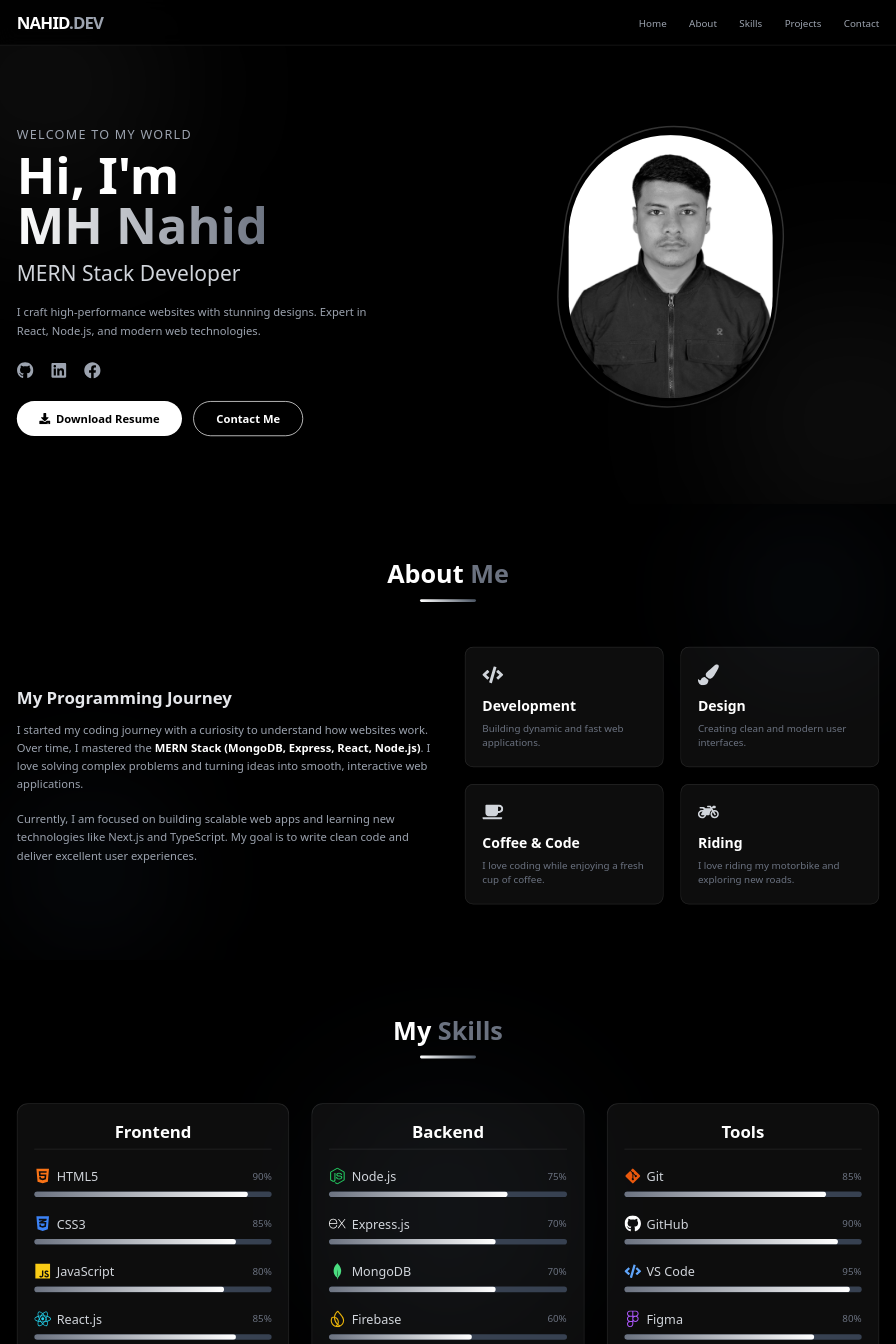
Repository: nahid-hasann/portfolio
Page: /
An editor plug-in stored every save of this project. The page is shown before and after the next save, followed by the edit.
The browser window is 1280 px wide. The pictures show the part of the page from y = 0 to 1920 px (the page is 3620 px tall), at 70% of full size.
The project was rebuilt for these pictures with package versions that can differ from the ones it lists, and the page was loaded fresh each time. Some packages were replaced by stand-ins written for this rebuild. Also part of the build but not shown: vite.config.js, src/pages/ProjectDetails.jsx.

Above is the page before, as saved 2026-01-06 00:01:00.

### index.html
<!doctype html>
<html data-theme="light" lang="en">
  <head>
    <meta charset="UTF-8" />
    <link rel="icon" type="image/svg+xml" href="/public/favicon3.png" />
    <meta name="viewport" content="width=device-width, initial-scale=1.0" />
    <title>my-portfolio</title>
  </head>
  <body>
    <div id="root"></div>
    <script type="module" src="/src/main.jsx"></script>
  </body>
</html>

### src/main.jsx
import { StrictMode } from 'react'
import { createRoot } from 'react-dom/client'
import './index.css'
import App from './App.jsx'
import {
  createBrowserRouter,
  RouterProvider,
} from "react-router-dom";
import Home from './pages/Home.jsx';
import ProjectDetails from './pages/ProjectDetails.jsx';

const router = createBrowserRouter([
  {
    path: "/",
    element: <App />,
    children: [
      {
        path: "/",
        element: <Home></Home>,
      },
      {
        path: "/about",
        element: <div className="text-center mt-10 text-2xl">ℹ️ This is About Section</div>,
      },
      {
        path: "/projects",
        element: <div className="text-center mt-10 text-2xl">🚀 This is Projects Section</div>,
      },
      {
        path: "/contact",
        element: <div className="text-center mt-10 text-2xl">📞 This is Contact Section</div>,
      },
      {
        path: "/skills",
        element: <div className="text-center mt-10 text-2xl" >this is skill </div>
      },
      {

        path: "/project/:id",
        element: <ProjectDetails />,

      }
    ]
  },
]);

createRoot(document.getElementById('root')).render(
  <StrictMode>
    <RouterProvider router={router} />
  </StrictMode>,
)

### src/index.css
@tailwind base;
@tailwind components;
@tailwind utilities;

html {
    scroll-behavior: smooth;
    background-color: #000000;

    color: #ffffff;
}


::-webkit-scrollbar {
    width: 8px;
}

::-webkit-scrollbar-track {
    background: #1a1a1a;
}

::-webkit-scrollbar-thumb {
    background: #444;
    border-radius: 4px;
}

::-webkit-scrollbar-thumb:hover {
    background: #fff;
}

### src/App.jsx
import React from 'react';
import { Outlet } from 'react-router-dom';
import Navbar from './components/Navbar';
import Footer from './components/Footer';

function App() {
  return (
    // ১. overflow-x-hidden এবং min-h-screen যোগ করা হলো
    <div className="bg-black text-white min-h-screen flex flex-col overflow-x-hidden">

      <Navbar />

      <div className="w-full flex-grow">
        <Outlet />
      </div>

      <Footer />
    </div>
  );
}

export default App;

### src/pages/Home.jsx
import React from 'react';
import Hero from '../components/Hero';
import About from '../components/About';
import Skills from '../components/Skills';
// import ProjectDetails from './ProjectDetails';
import Projects from '../components/Projects';
import Contact from '../components/Contact';


const Home = () => {
    return (
        <div className="bg-black min-h-screen">
            <Hero />
            <About></About>
            <Skills></Skills>
            <Projects></Projects>
            <Contact></Contact>
        </div>
    );
};

export default Home;

### src/components/Navbar.jsx
import React, { useState } from 'react';
import { useLocation } from 'react-router-dom';
import { motion, AnimatePresence } from 'framer-motion';
import { FaBars, FaTimes } from 'react-icons/fa';
import { HashLink } from 'react-router-hash-link';

const Navbar = () => {
    const [isOpen, setIsOpen] = useState(false);
    const location = useLocation();

    const navLinks = [
        { name: 'Home', path: '/#home' },
        { name: 'About', path: '/#about' },
        { name: 'Skills', path: '/#skills' },
        { name: 'Projects', path: '/#projects' },
        { name: 'Contact', path: '/#contact' },
    ];

    // 🔥 নতুন: এই ফাংশনটি ন্যাপবারের উচ্চতা অনুযায়ী একটু উপরে থামাবে
    const scrollWithOffset = (el) => {
        const yCoordinate = el.getBoundingClientRect().top + window.scrollY;
        const yOffset = -80; // ন্যাপবারের হাইট অনুযায়ী অ্যাডজাস্টমেন্ট
        window.scrollTo({ top: yCoordinate + yOffset, behavior: 'smooth' });
    }

    return (
        <nav className="fixed top-0 left-0 right-0 z-50 bg-black/80 backdrop-blur-md border-b border-white/10">
            <div className="container mx-auto px-6 py-4 flex justify-between items-center">

                {/* Logo Area */}
                <motion.div
                    initial={{ opacity: 0, x: -20 }}
                    animate={{ opacity: 1, x: 0 }}
                    transition={{ duration: 0.5 }}
                >
                    <HashLink
                        smooth
                        to="/#home"
                        scroll={el => scrollWithOffset(el)} // অফসেট যোগ করা হলো
                        className="text-2xl font-bold tracking-tighter text-white"
                    >
                        NAHID<span className="text-gray-400">.DEV</span>
                    </HashLink>
                </motion.div>

                {/* Desktop Menu */}
                <div className="hidden md:flex space-x-8">
                    {navLinks.map((link, index) => (
                        <motion.div
                            key={index}
                            initial={{ opacity: 0, y: -10 }}
                            animate={{ opacity: 1, y: 0 }}
                            transition={{ delay: 0.1 * index, duration: 0.5 }}
                        >
                            <HashLink
                                smooth
                                to={link.path}
                                scroll={el => scrollWithOffset(el)} // 🔥 এখানেও অফসেট যোগ করা হলো
                                className="text-sm font-medium text-gray-400 hover:text-white transition-colors duration-300 relative group"
                            >
                                {link.name}
                                <span className="absolute left-0 bottom-[-5px] w-0 h-[2px] bg-white transition-all duration-300 group-hover:w-full"></span>
                            </HashLink>
                        </motion.div>
                    ))}
                </div>

                {/* Mobile Menu Button */}
                <div className="md:hidden">
                    <button onClick={() => setIsOpen(!isOpen)} className="text-white focus:outline-none text-2xl">
                        {isOpen ? <FaTimes /> : <FaBars />}
                    </button>
                </div>
            </div>

            {/* Mobile Dropdown Menu */}
            <AnimatePresence>
                {isOpen && (
                    <motion.div
                        initial={{ opacity: 0, height: 0 }}
                        animate={{ opacity: 1, height: 'auto' }}
                        exit={{ opacity: 0, height: 0 }}
                        className="md:hidden bg-black border-b border-white/10 overflow-hidden"
                    >
                        <div className="flex flex-col items-center py-6 space-y-4">
                            {navLinks.map((link) => (
                                <HashLink
                                    key={link.name}
                                    smooth
                                    to={link.path}
                                    scroll={el => scrollWithOffset(el)} // 🔥 মোবাইলেও অফসেট যোগ করা হলো
                                    onClick={() => setIsOpen(false)}
                                    className="text-lg font-medium text-gray-400 hover:text-white"
                                >
                                    {link.name}
                                </HashLink>
                            ))}
                        </div>
                    </motion.div>
                )}
            </AnimatePresence>
        </nav>
    );
};

export default Navbar;

### src/components/Footer.jsx
import React from 'react';
import { FaGithub, FaLinkedin, FaFacebook } from "react-icons/fa";

const Footer = () => {
    return (
        <footer className="bg-black text-gray-400 py-8 border-t border-white/10">
            <div className="container mx-auto px-6 flex flex-col md:flex-row justify-between items-center">

                <div className="mb-4 md:mb-0">
                    <p className="text-sm">
                        &copy; {new Date().getFullYear()} <span className="text-white font-bold">MH Nahid</span>. All rights reserved.
                    </p>
                </div>

                <div className="flex gap-6">
                    <a href="https://github.com/nahid-hasann" className="hover:text-white transition text-xl"><FaGithub /></a>
                    <a href="https://www.linkedin.com/in/mh-nahid-webdev/" className="hover:text-white transition text-xl"><FaLinkedin /></a>
                    <a href="https://www.facebook.com/mh.na.hi.d.554448/" className="hover:text-white transition text-xl"><FaFacebook /></a>
                </div>
            </div>
        </footer>
    );
};

export default Footer;

### src/components/Hero.jsx
import React from 'react';
import { motion } from 'framer-motion';
import { FaGithub, FaLinkedin, FaFacebook, FaDownload } from "react-icons/fa";
// ১. HashLink ইমপোর্ট করো
import { HashLink } from 'react-router-hash-link';

const Hero = () => {

    const fadeUp = {
        hidden: { opacity: 0, y: 30 },
        visible: { opacity: 1, y: 0, transition: { duration: 0.8 } }
    };

    return (
        <section id='home' className="min-h-screen bg-black text-white flex items-center justify-center pt-20 overflow-hidden relative">

            <div className="absolute top-[-10%] left-[-10%] w-96 h-96 bg-white/5 rounded-full blur-[100px]" />
            <div className="absolute bottom-[-10%] right-[-10%] w-96 h-96 bg-white/5 rounded-full blur-[100px]" />

            <div className="container mx-auto px-6 grid md:grid-cols-2 gap-10 items-center relative z-10">

                {/* Left Side: Text Content */}
                <motion.div
                    initial="hidden"
                    animate="visible"
                    variants={{
                        visible: { transition: { staggerChildren: 0.2 } }
                    }}
                    className="text-center md:text-left"
                >
                    <motion.p variants={fadeUp} className="text-gray-400 text-lg mb-2 tracking-widest uppercase">
                        Welcome to my world
                    </motion.p>

                    <motion.h1 variants={fadeUp} className="text-5xl md:text-7xl font-bold mb-4 leading-tight">
                        Hi, I'm <br />
                        <span className="text-transparent bg-clip-text bg-gradient-to-r from-white to-gray-500">
                            MH Nahid
                        </span>
                    </motion.h1>

                    <motion.h2 variants={fadeUp} className="text-2xl md:text-3xl font-light text-gray-300 mb-6">
                        MERN Stack Developer
                    </motion.h2>

                    <motion.p variants={fadeUp} className="text-gray-400 max-w-lg mx-auto md:mx-0 mb-8 leading-relaxed">
                        I craft high-performance websites with stunning designs. Expert in React, Node.js, and modern web technologies.
                    </motion.p>

                    <motion.div variants={fadeUp} className="flex gap-6 justify-center md:justify-start mb-8">
                        {[
                            { icon: <FaGithub />, link: "https://github.com/nahid-hasann" },
                            { icon: <FaLinkedin />, link: "https://www.linkedin.com/in/mh-nahid-webdev/" },
                            { icon: <FaFacebook />, link: "https://www.facebook.com/mh.na.hi.d.554448/" }
                        ].map((social, index) => (
                            <a
                                key={index}
                                href={social.link}
                                target="_blank"
                                className="text-2xl text-gray-400 hover:text-white hover:scale-110 transition-transform duration-300"
                            >
                                {social.icon}
                            </a>
                        ))}
                    </motion.div>


                    <motion.div variants={fadeUp} className="flex flex-col sm:flex-row gap-4 justify-center md:justify-start">
                        <a
                            href="/resume.pdf"
                            download
                            className="px-8 py-3 bg-white text-black font-bold rounded-full hover:bg-gray-200 transition duration-300 flex items-center justify-center gap-2"
                        >
                            <FaDownload /> Download Resume
                        </a>
                        {/* ২. এখানে HashLink ব্যবহার করা হলো যাতে পেজ রিফ্রেশ না হয় */}
                        <HashLink
                            smooth
                            to="/#contact"
                            className="px-8 py-3 border border-white text-white font-bold rounded-full hover:bg-white/10 transition duration-300"
                        >
                            Contact Me
                        </HashLink>
                    </motion.div>
                </motion.div>


                <motion.div
                    initial={{ opacity: 0, scale: 0.8 }}
                    animate={{ opacity: 1, scale: 1 }}
                    transition={{ duration: 0.8 }}
                    className="flex justify-center"
                >
                    {/* ৩. ছবির সাইজ w-80 থেকে w-full max-w-[300px] করা হলো */}
                    <motion.div
                        animate={{ y: [0, -20, 0] }}
                        transition={{ duration: 4, repeat: Infinity, ease: "easeInOut" }}
                        className="relative w-full max-w-[300px] aspect-square md:w-96 md:h-96 mx-auto"
                    >

                        <div className="absolute inset-0 border-2 border-white/20 rounded-full transform rotate-6 scale-105" />

                        <img
                            src="/193213-.jpg"
                            alt="Nahid Profile"
                            className="w-full object-top h-full object-cover rounded-full shadow-2xl border-4 border-black grayscale hover:grayscale-0 transition duration-500"
                        />
                    </motion.div>
                </motion.div>
            </div>
        </section>
    );
};

export default Hero;

### src/components/Projects.jsx
import React from 'react';
import { motion } from 'framer-motion';
import { Link } from 'react-router-dom';
import { FaArrowRight } from "react-icons/fa";
// আমাদের তৈরি করা ডাটা ইমপোর্ট করছি
// import { Projects } from '../data/projects';
// import { projects } from '../data/project';
// import { projects } from '../data/project';
// import { projects } from '../data/projects';
import { projects } from '../data/projects';

const Projects = () => {
    return (
        <section id="projects" className="py-20 bg-black text-white">
            <div className="container mx-auto px-6">
                {/* Title */}
                <motion.div
                    initial={{ opacity: 0, y: 20 }}
                    whileInView={{ opacity: 1, y: 0 }}
                    transition={{ duration: 0.6 }}
                    className="text-center mb-16"
                >
                    <h2 className="text-4xl font-bold mb-4">Latest <span className="text-gray-500">Projects</span></h2>
                    <div className="w-20 h-1 bg-gradient-to-r from-white to-gray-600 mx-auto rounded-full"></div>
                </motion.div>

                {/* Projects Grid */}
                <div className="grid md:grid-cols-3 gap-8">
                    {projects.map((project, index) => (
                        <motion.div
                            key={project.id}
                            initial={{ opacity: 0, y: 30 }}
                            whileInView={{ opacity: 1, y: 0 }}
                            transition={{ delay: index * 0.2, duration: 0.8 }}
                            whileHover={{ y: -10 }} // কার্ড হোভার করলে একটু উপরে উঠবে
                            className="group bg-white/5 rounded-xl overflow-hidden border border-white/10 hover:border-white/30 transition-all"
                        >
                            {/* Project Image */}
                            <div className="relative overflow-hidden h-48">
                                <img
                                    src={project.image}
                                    alt={project.title}
                                    className="w-full h-full object-cover transform group-hover:scale-110 transition duration-500"
                                />
                            </div>

                            {/* Content */}
                            <div className="p-6">
                                <h3 className="text-2xl font-bold mb-2 group-hover:text-gray-300 transition">{project.title}</h3>
                                <p className="text-gray-400 text-sm mb-4 line-clamp-3">
                                    {project.description}
                                </p>

                                {/* View Details Button */}
                                <Link
                                    to={`/project/${project.id}`}
                                    className="inline-flex items-center gap-2 text-white font-semibold hover:text-gray-300 transition"
                                >
                                    View Details <FaArrowRight className="text-sm" />
                                </Link>
                            </div>
                        </motion.div>
                    ))}
                </div>
            </div>
        </section>
    );
};

export default Projects;

Loaded but not shown: src/data/projects.js (36 lines, source omitted); tailwind.config.js (13 lines, source omitted); src/components/Contact.jsx (178 lines, source omitted); src/components/Skills.jsx (102 lines, source omitted); src/components/About.jsx (88 lines, source omitted)

After the next save:
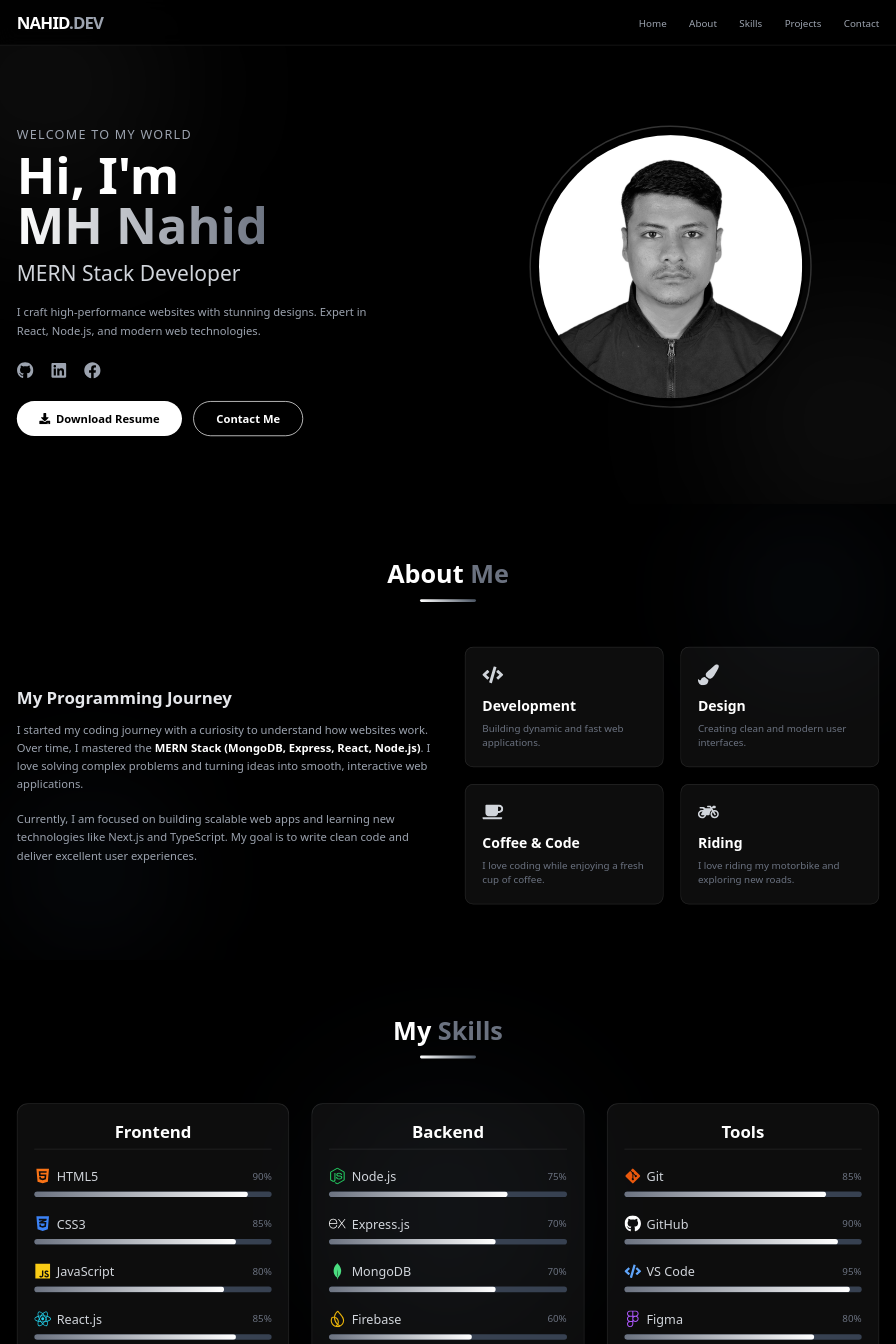
Saved 4 min 26 s later.
--- a/src/components/Hero.jsx
+++ b/src/components/Hero.jsx
@@ -1,7 +1,6 @@
 import React from 'react';
 import { motion } from 'framer-motion';
 import { FaGithub, FaLinkedin, FaFacebook, FaDownload } from "react-icons/fa";
-// ১. HashLink ইমপোর্ট করো
 import { HashLink } from 'react-router-hash-link';
 
 const Hero = () => {
@@ -73,7 +72,6 @@ const Hero = () => {
                         >
                             <FaDownload /> Download Resume
                         </a>
-                        {/* ২. এখানে HashLink ব্যবহার করা হলো যাতে পেজ রিফ্রেশ না হয় */}
                         <HashLink
                             smooth
                             to="/#contact"
@@ -91,11 +89,11 @@ const Hero = () => {
                     transition={{ duration: 0.8 }}
                     className="flex justify-center"
                 >
-                    {/* ৩. ছবির সাইজ w-80 থেকে w-full max-w-[300px] করা হলো */}
+                    {/* 👇 পরিবর্তন: w-full বাদ দিয়ে ফিক্সড w-72 h-72 ব্যবহার করা হলো */}
                     <motion.div
                         animate={{ y: [0, -20, 0] }}
                         transition={{ duration: 4, repeat: Infinity, ease: "easeInOut" }}
-                        className="relative w-full max-w-[300px] aspect-square md:w-96 md:h-96 mx-auto"
+                        className="relative w-72 h-72 md:w-96 md:h-96 mx-auto"
                     >
 
                         <div className="absolute inset-0 border-2 border-white/20 rounded-full transform rotate-6 scale-105" />
@@ -103,7 +101,7 @@ const Hero = () => {
                         <img
                             src="/193213-.jpg"
                             alt="Nahid Profile"
-                            className="w-full object-top h-full object-cover rounded-full shadow-2xl border-4 border-black grayscale hover:grayscale-0 transition duration-500"
+                            className="w-full h-full object-cover object-top rounded-full shadow-2xl border-4 border-black grayscale hover:grayscale-0 transition duration-500"
                         />
                     </motion.div>
                 </motion.div>
